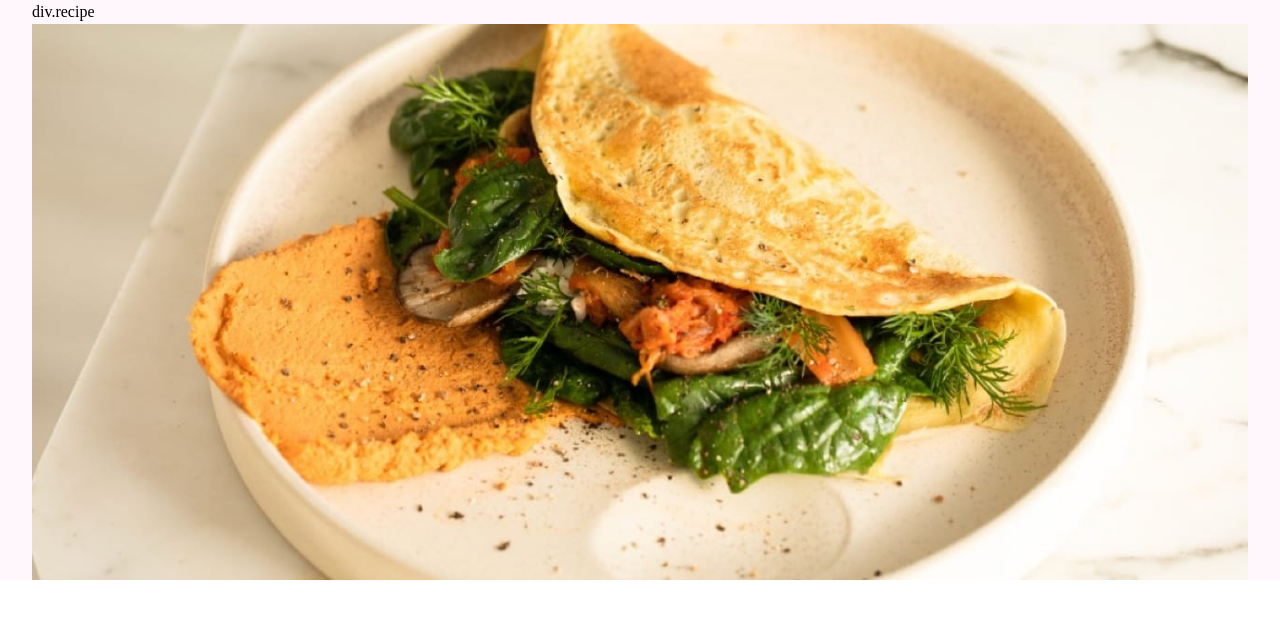
Repository: brandontaylor1/recipe-page
Page: index.html
An editor plug-in stored every save of this project. The page is shown before and after the next save, followed by the edit.
The browser window is 1280 px wide. The pictures show the whole page.

Above is the page before, as saved 2024-12-28 21:33:49.

After the next save:
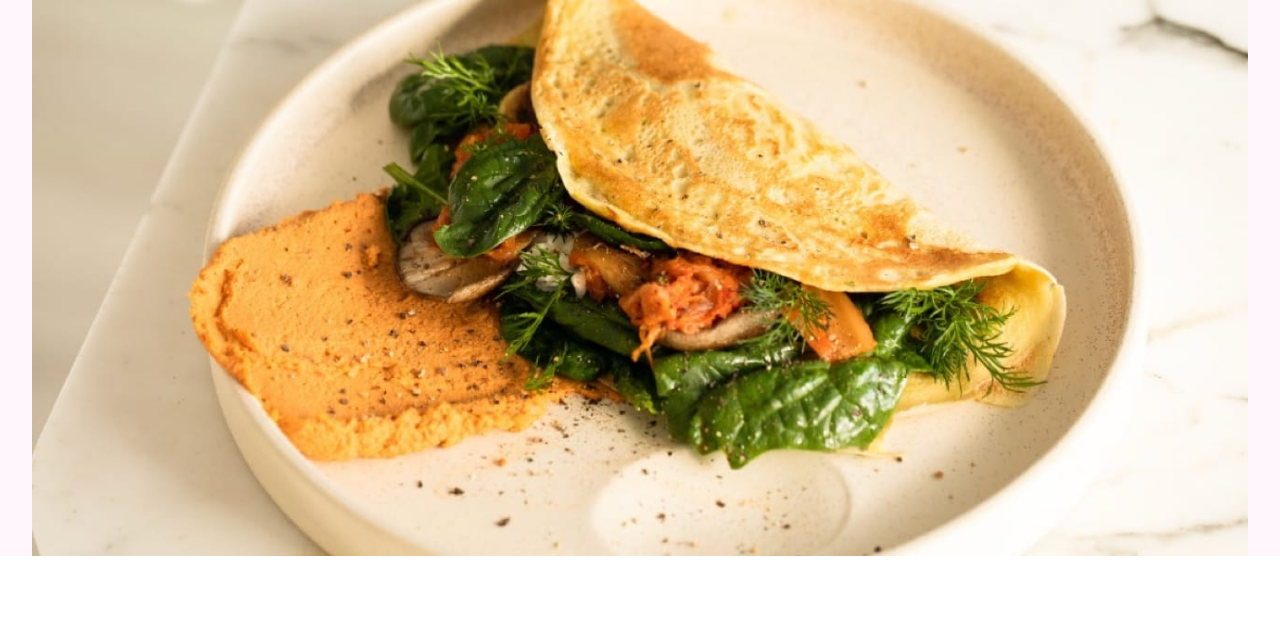
Saved 5 s later.
--- a/index.html
+++ b/index.html
@@ -8,7 +8,9 @@
 </head>
 <body>
     <main class="container backgroundColor">
-        div.recipe
+        <div class="recipe-card">
+
+        </div>
         <img src="./assets/images/image-omelette.jpeg" alt="recipe-image">
         <h1></h1>
 
